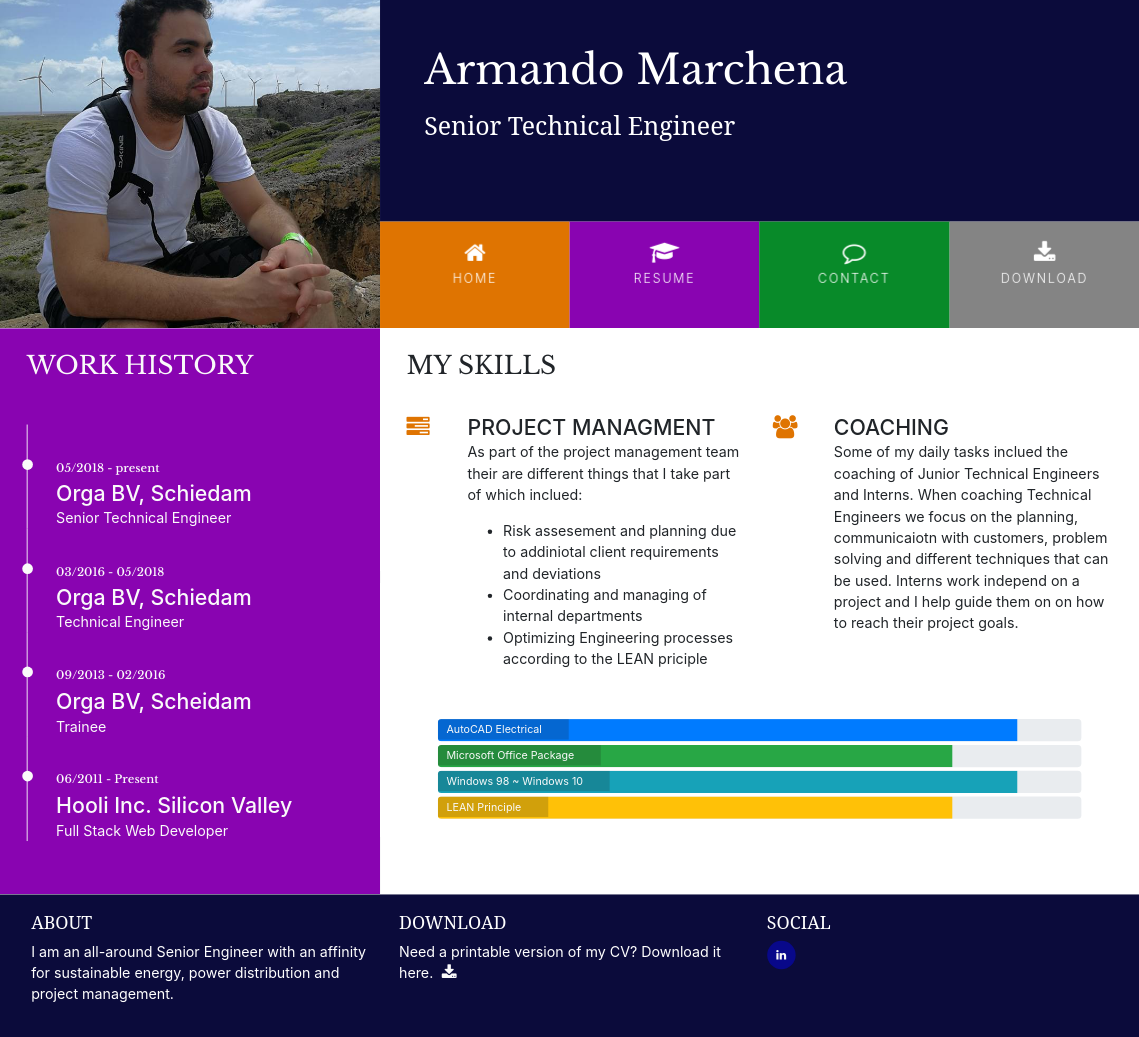
Repository: dugudugu/Resume-A-Marchena
Page: resume.html
The author's editor kept a record of every edit. The page is drawn from the files as they stood at one moment, then again after the next edit.
The browser window is 1280 px wide. The pictures show the whole page, at 89% of full size.

Above is the page before.

### resume.html
<!DOCTYPE html>
<html lang="en">

<head>
    <meta charset="UTF-8">
    <meta name="viewport" content="width=device-width, initial-scale=1.0">
    <meta http-equiv="X-UA-Compatible" content="ie=edge">
    <link rel="stylesheet" href="https://stackpath.bootstrapcdn.com/bootstrap/4.3.1/css/bootstrap.min.css" type="text/css" />
    <link rel="stylesheet" href="https://stackpath.bootstrapcdn.com/font-awesome/4.7.0/css/font-awesome.min.css" type="text/css" />
    <link rel="stylesheet" href="https://cdnjs.cloudflare.com/ajax/libs/hover.css/2.3.1/css/hover-min.css" type="text/css" />
    <link rel="stylesheet" href="assets/css/style.css" />
    <title>A. Marchena</title>
</head>

<body>

    <header>
        <div class="row no-gutters">
            <a href="index.html" class="col-md-4 logo"></a>

            <div class="col-md-8">
                <div class="row bg-color-name-title no-gutters">
                    <div class="col heading">
                        <h1 class="name"> Armando Marchena </h1>
                        <h2 class="title"> Senior Technical Engineer </h2>
                    </div>
                </div>

                <div class="row no-gutters">
                    <div class="col">
                        <ul id="nav" class="list-inline menucontainer">
                            <li class="col-6 col-sm-3 ui-menu-color-home list-inline-item menuitem">
                                <a href="#" class="hvr-sweep-to-bottom"><i class="fa fa-home" aria-hidden="true"></i><span>Home</span></a>
                            </li>
                            <li class="col-6 col-sm-3 ui-menu-color-resume list-inline-item menuitem">
                                <a href="#" class="hvr-sweep-to-bottom"><i class="fa fa-graduation-cap" aria-hidden="true"></i><span>Resume</span></a>
                            </li>
                            <li class="col-6 col-sm-3 ui-menu-color-contact list-inline-item menuitem">
                                <a href="#" class="hvr-sweep-to-bottom"><i class="fa fa-comment-o" aria-hidden="true"></i><span>Contact</span></a>
                            </li>
                            <li class="col-6 col-sm-3 ui-menu-color-download list-inline-item menuitem">
                                <a href="#" class="hvr-sweep-to-bottom"><i class="fa fa-download" aria-hidden="true"></i><span>Download</span></a>
                            </li>
                        </ul>
                    </div>
                </div>
            </div>
        </div>
    </header>

    <section class="container-fluid">
        <div class="row">
            <div class="col-md-4 bg-color-work-history section-column">
                <div class="row">

                    <div class="col-12">
                        <h3 class="history-heading uppercase">
                            Work History
                        </h3>
                    </div>
                </div>
                <div class="history-items">
                    <div class="timeline-item" data-dates="05/2018 - present">
                        <h4>Orga BV, Schiedam</h4>
                        <p>Senior Technical Engineer</p>
                    </div>
                    <div class="timeline-item" data-dates="03/2016 - 05/2018">
                        <h4>Orga BV, Schiedam</h4>
                        <p>Technical Engineer</p>
                    </div>
                    <div class="timeline-item" data-dates="09/2013 - 02/2016">
                        <h4>Orga BV, Scheidam</h4>
                        <p>Trainee</p>
                    </div>
                    <div class="timeline-item" data-dates="06/2011 - Present">
                        <h4>Hooli Inc. Silicon Valley</h4>
                        <p>Full Stack Web Developer</p>
                    </div>
                </div>

            </div>
            <div class="col-md-8 bg-color-three-reasons section-column">

                <div class="row">
                    <div class="col">
                        <h3 class="section-heading uppercase">My Skills</h3>
                    </div>
                </div>

                <div class="row">
                    <div class="col-10 offset-1 offset-sm-0 col-sm-4 col-md-6">
                        <div class="row">
                            <div class="col-2">
                                <i class="three-reasons-icon fa fa-tasks" aria-hidden="true"></i>
                            </div>
                            <div class="col-10">
                                <h4 class="three-reasons-heading uppercase">Project Managment</h4>
                                <p>
                                    As part of the project management team their are different things that I take part of which inclued:
                                    <ul>
                                        <li>Risk assesement and planning due to addiniotal client requirements and deviations</li>
                                        <li>Coordinating and managing of internal departments</li>
                                        <li>Optimizing Engineering processes according to the LEAN priciple</li>
                                    </ul>
                                </p>
                            </div>
                        </div>
                    </div>

                    <div class="col-10 offset-1 offset-sm-0 col-sm-4 col-md-6">
                        <div class="row">
                            <div class="col-2">
                                <i class="three-reasons-icon fa fa-users" aria-hidden="true"></i>
                            </div>
                            <div class="col-10">
                                <h4 class="three-reasons-heading uppercase">Coaching</h4>
                                <p>
                                    Some of my daily tasks inclued the coaching of Junior Technical Engineers and Interns. When coaching Technical Engineers we focus on the planning, communicaiotn with customers, problem solving and different techniques that can be used. Interns work independ
                                    on a project and I help guide them on on how to reach their project goals.
                                </p>
                            </div>
                        </div>
                    </div>

                </div>

                <div class="row progress-section">
                    <div class="col">
                        <div class="progress">
                            <div class="progress-bar" role="progressbar" aria-valuenow="90" aria-valuemin="0" aria-valuemax="100" style="width:90%;">
                                <span class="sr-only">90% complete</span>
                            </div>
                            <span class="progress-type">AutoCAD Electrical</span>
                        </div>
                        <div class="progress">
                            <div class="progress-bar bg-success" role="progressbar" aria-valuenow="80" aria-valuemin="0" aria-valuemax="100" style="width:80%;">
                                <span class="sr-only">80% complete</span>
                            </div>
                            <span class="progress-type">Microsoft Office Package</span>
                        </div>
                        <div class="progress">
                            <div class="progress-bar bg-info" role="progressbar" aria-valuenow="90" aria-valuemin="0" aria-valuemax="100" style="width:90%;">
                                <span class="sr-only">90% complete</span>
                            </div>
                            <span class="progress-type">Windows 98 ~ Windows 10</span>
                        </div>
                        <div class="progress">
                            <div class="progress-bar bg-warning" role="progressbar" aria-valuenow="80" aria-valuemin="0" aria-valuemax="100" style="width:80%;">
                                <span class="sr-only">80% complete</span>
                            </div>
                            <span class="progress-type">LEAN Principle</span>
                        </div>
                    </div>
                </div>
            </div>
        </div>



    </section>

    <footer class="container-fluid">
        <div id="footer-details" class="row">
            <div class="col-sm-4">
                <h5 class="uppercase general-sub">About</h5>
                <p class="inline-block">
                    I am an all-around Senior Engineer with an affinity for sustainable energy, power distribution and project management.
                </p>
            </div>
            <div class="col-sm-4">
                <h5 class="uppercase general-sub">Download</h5>
                <p class="inline-block">
                    Need a printable version of my CV? Download it here.
                    <a href="#" target="_blank" class="cv-pdf">
                        <i class="fa fa-download" aria-hidden="true"></i>
                        <span class="sr-only">Download link.</span>
                        </a>
                </p>
            </div>
            <div class="col-sm-4">
                <h5 class="uppercase general-sub">Social</h5>
                <ul class="list-inline social-links">
                    <li class="list-inline-item">
                        <a target="_blank" href="#">
                            <i class="fa fa-linkedin" aria-hidden="true"></i>
                        <span class="sr-only">LinkedIn</span>
                        </a>
                    </li>
                </ul>
            </div>
        </div>
    </footer>


</body>


</html>

### assets/css/style.css
@import url('https://fonts.googleapis.com/css?family=Noto+Serif:100,200,300,400,500,600,700|Libre+Baskerville:100,200,300,400,500,600,700');

/*------------------------------------------Colors */

.bg-color-name-title {
    background-color: #0B0B3B;
}

.bg-color-three-reasons {
    background-color: #fff;
}

.bg-color-personal-info {
    background-color: #f4f4f4;
}

.bg-color-work-history {
    background-color: #8904B1;
}

.ui-menu-color-home {
    background-color: #DF7401;
}

.ui-menu-color-resume {
    background-color: #8904B1;
}

.ui-menu-color-contact {
    background-color: #088A29;
}

.ui-menu-color-download {
    background-color: #848484;
}


/*------------------------------------------Special  */

h1,
h2,
h3,
h4 {
    margin: 0;
}

.uppercase {
    text-transform: uppercase;
}

.general-sub {
    font-family: "Noto Serif", sans-serif;
    font-weight: 300;
    color: #fff;
}

.inline-block {
    display: inline-block;
}

.row-table {
    display: table;
}

.section-column {
    display: table-cell;
    padding: 0 30px 30px;
    float: none;
}

.history-heading,
.section-heading {
    font-family: "Libre Baskerville";
    font-weight: 300;
    margin-top: 25px;
    margin-bottom: 40px;
}

/*------------------------------------------Heading */

header {
    margin: 0;

}

.heading {
    margin-left: 50px;
}

.logo {
    background: url("../images/A. Marchena.jpg");
    background-position: center;
    background-repeat: no-repeat;
    background-size: cover;
    min-height: 360px;
    transition: all .5s ease-in-out;
    -moz-transition: all .5s ease-in-out;
    -webkit-transition: all .5s ease-in-out;
}

.name {
    font-family: "Libre Baskerville", Noto Serif;
    font-weight: 200;
    font-size: 46px;
    margin-top: 50px;
    color: #fff;
}

.title {
    font-family: "Noto Serif", sans-serif;
    font-weight: 100;
    font-size: 28px;
    margin-top: 20px;
    margin-bottom: 90px;
    color: #fff;
}

.list-inline-item:not(:last-child) {
    margin: 0;
}

.menucontainer {
    font-size: 0;
}

#nav {
    margin: 0;
}

#nav li {
    font-size: 14px;
    padding: 0;
}

.menuitem {
    height: 120px;
    text-align: center;
    padding: 0;
}

.menuitem a {
    width: 100%;
    text-decoration: none;
    color: #fff;
    height: 120px;
}

.menuitem a i {
    padding-top: 22px;
    display: block;
    color: #fff;
    font-size: 26px;
}

.menuitem span {
    display: block;
    width: 100%;
    padding-top: 5px;
    text-align: center;
    text-transform: uppercase;
    font-size: 14px;
    font-weight: 300;
    letter-spacing: 2px;
}


/*------------------------------------------Hover.css */

.hvr-sweep-to-bottom:before {
    background-color: rgba(0, 0, 0, 0.2);
    height: 120px;
}


/*------------------------------------------Three reasons.css */

.three-reasons-icon {
    font-size: 26px;
    color: #DF7401;

}

.three-reasons-icon-heading {
    margin-bottom: 15px;
}


/*------------------------------------------Personal Info */

.personal-info-item {
    margin-bottom: 20px;
    display: block;
    clear: both;
}

.personal-info-item .key,
.personal-info-item .value {
    padding-right: 8px;
    display: inline-block;

}

.personal-info-item .key p,
.personal-info-item .value p {
    margin: 0;

}

.personal-info-item .key {
    width: 30%;
    margin-right: 21px;
    padding-top: 2px;
    vertical-align: top;
}

.personal-info-item .key p {
    font-weight: 700;
}

.personal-info-item .value {
    position: relative;
    width: 60%;
}



/*------------------------------------------Footer */

footer {
    background: #0B0B3B;
    color: #fff;
    min-height: 120px;
    margin: 0;
}

.cv-pdf i {
    font-size: 18px;
    color: #fafafa;
    text-align: center;
    padding-left: 5px;
    transition: all 0.35s ease-in-out;
    -moz-transition: all 0.35s ease-in-out;
    -webkit-transition: all 0.35s ease-in-out;
    -o-transition: all 0.35s ease-in-out;
}

.cv-pdf i:hover {
    color: #e84610;
}

.social-links {
    padding-bottom: 15px;
}

.social-links li a i {
    width: 32px;
    height: 32px;
    padding: 12px 0;
    border-radius: 50%;
    font-size: 13px;
    line-height: 7px;
    text-align: center;
    color: #fafafa;
    background-color: #08088A;
    transition: all 0.35s ease-in-out;
    -moz-transition: all 0.35s ease-in-out;
    -webkit-transition: all 0.35s ease-in-out;
    -o-transition: all 0.35s ease-in-out;
}

.social-links li a i:hover {
    background-color: #e84610;
}

#footer-details {
    padding: 20px;
}


/*------------------------------------------Skills */

.progress {
    position: relative;
    height: 25px;
    margin-bottom: 4px;
}

.progress-type {
    position: absolute;
    left: 0px;
    font-weight: 400;
    padding: 3px 30px 2px 10px;
    color: #fafafa;
    background-color: rgba(25, 25, 25, 0.2);
}

.progress-section {
    margin: 40px 20px;
}

/*------------------------------------------Work History */

.history-heading {
    color: #fafafa;
    margin-bottom: 50px;
}

.timeline-item {
    padding: 4em 2em 0em 2em;
    position: relative;
    color: #fafafa;
    border-left: 1px solid;
}

.timeline-item p {
    padding: 0;
    margin: 0;
}

.timeline-item:before {
    content: attr(data-dates);
    position: absolute;
    left: 2.5em;
    top: 3em;
    display: block;
    font-family: "Libre Baskerville", Noto Serif;
    font-weight: 500;
    font-size: 0.8em;
    padding: 0;
    margin: 0;
}

.timeline-item:after {
    width: 12px;
    height: 12px;
    display: block;
    top: 2.4em;
    position: absolute;
    left: -6px;
    border-radius: 12px;
    content: '';
    background: #fafafa;
}

.history-items {
    margin-bottom: 30px;
}

After the next edit:
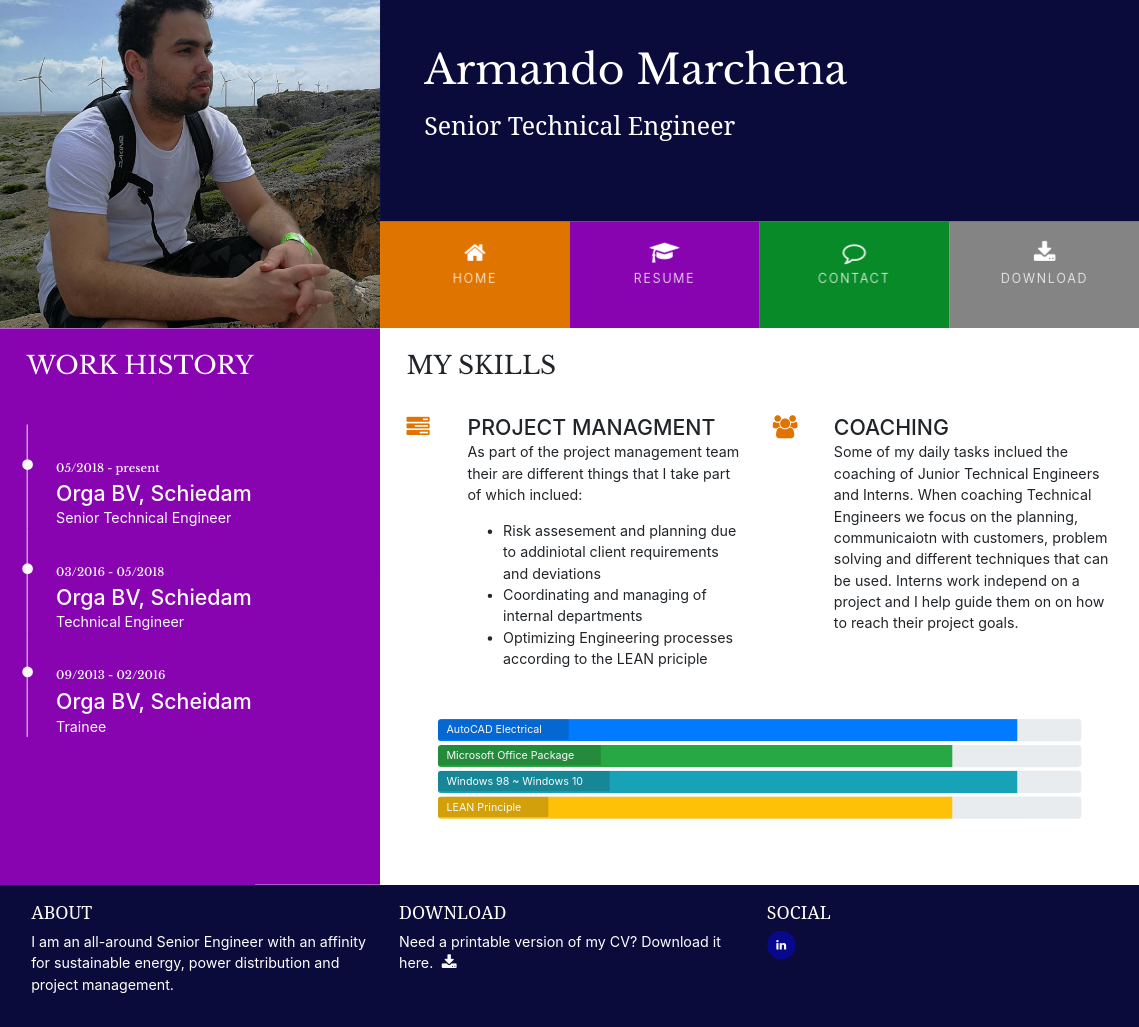
The edit:
--- a/resume.html
+++ b/resume.html
@@ -71,10 +71,6 @@
                     <div class="timeline-item" data-dates="09/2013 - 02/2016">
                         <h4>Orga BV, Scheidam</h4>
                         <p>Trainee</p>
-                    </div>
-                    <div class="timeline-item" data-dates="06/2011 - Present">
-                        <h4>Hooli Inc. Silicon Valley</h4>
-                        <p>Full Stack Web Developer</p>
                     </div>
                 </div>
 
